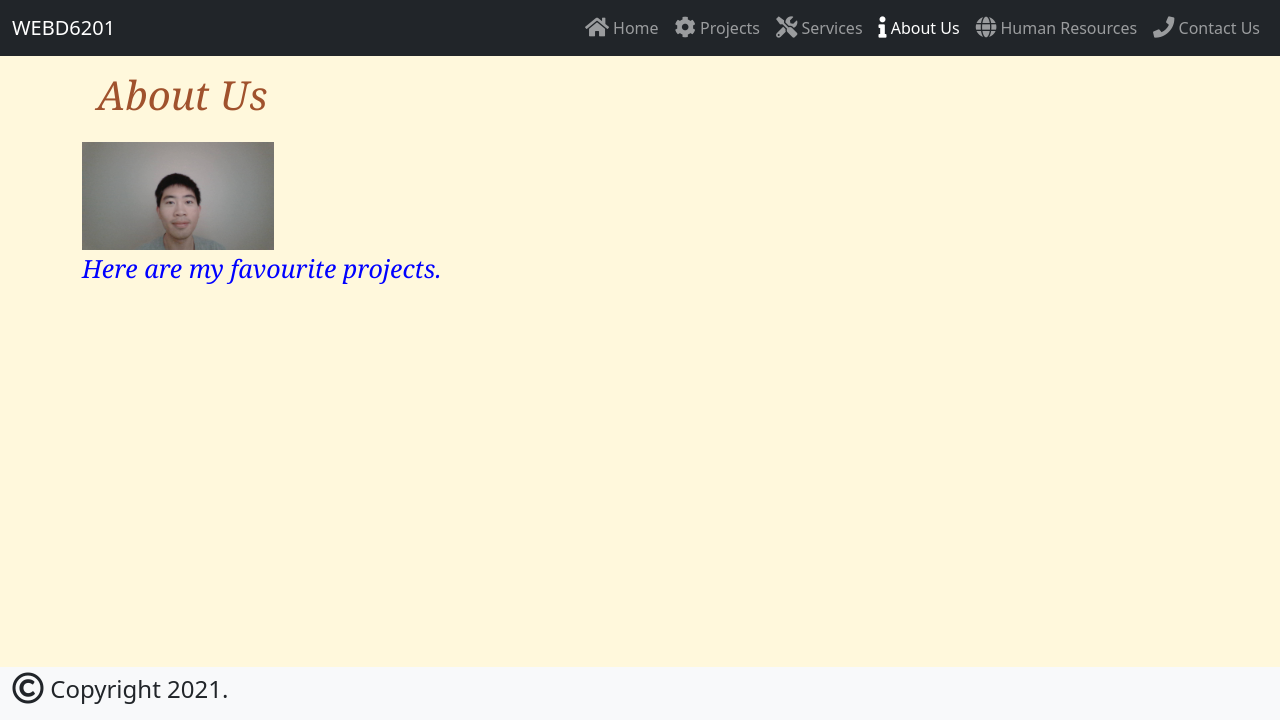
Repository: YiuWingLau/WEBD6201-W2021-Lab1
Page: about.html
These files come from the project's save history. The page is drawn as it stood at one moment and after the next save; the edit follows.
The browser window is 1280 px wide. The pictures show the whole page.

Above is the page before, as saved 2021-02-04 15:26:51.

### about.html
<!DOCTYPE html>
<html lang="en">
<head>
    <meta charset="UTF-8">
    <meta name="viewport" content="width=device-width, initial-scale=1.0">
    <title>About</title>

    <!--CSS Section -->
    <link rel="stylesheet" href="./node_modules/bootstrap/dist/css/bootstrap.min.css">
    <link rel="stylesheet" href="./node_modules/@fortawesome//fontawesome-free/css/all.min.css">
    <link rel="stylesheet" href="./Content/app.css">
</head>
<body>
    <!-- Main Header-->
    <header>
      <!-- Main Navigation-->
      <nav class="navbar navbar-expand-lg navbar-dark bg-dark">
          <div class="container-fluid">
            <a class="navbar-brand" href="index.html">WEBD6201</a>
            <button class="navbar-toggler" type="button" data-bs-toggle="collapse" data-bs-target="#navbarSupportedContent" aria-controls="navbarSupportedContent" aria-expanded="false" aria-label="Toggle navigation">
              <span class="navbar-toggler-icon"></span>
            </button>
            <div class="nav justify-content-end" id="navbarSupportedContent">
              <ul class="navbar-nav me-auto mb-2 mb-lg-0">

                <li id="navBarIndex" class="nav-item">
                  <a class="nav-link" aria-current="page" href="index.html"><i class="fas fa-home fa-lg"></i> Home</a>
                </li>

                <li id="navBarProjects" class="nav-item">
                  <a class="nav-link" aria-current="page" href="products.html"><i class="fas fa-cog fa-lg"></i> Products</a>
                </li>

                <li id="navBarServices" class="nav-item">
                  <a class="nav-link" aria-current="page" href="services.html"><i class="fas fa-tools fa-lg"></i> Services</a>
                </li>

                <li id="navBarAboutUs" class="nav-item">
                  <a class="nav-link active" aria-current="page" href="about.html"><i class="fas fa-info fa-lg"></i> About Us</a>
                </li>

                <li id="navBarContactUs" class="nav-item">
                  <a class="nav-link" aria-current="page" href="contact.html"><i class="fas fa-phone fa-lg"></i> Contact Us</a>
                </li>

              </ul>
            </div>
          </div>
      </nav>
    </header>

    <!-- Main Content -->
    <main class="container">
        <h1>About Us</h1>
    </main>

    <!-- Main Footer -->
    <footer>
        <nav class="navbar fixed-bottom navbar-light bg-light">
            <div class="container-fluid">
              <h4><i class="far fa-copyright fa-lg"></i> Copyright 2021.</a></h4>
            </div>
        </nav>
    </footer>
    <!-- JavaScript Section -->
    <script src="./node_modules/jquery/dist/jquery.min.js"></script>
    <script src="./node_modules/bootstrap/dist/js/bootstrap.bundle.min.js"></script>
    <script src="./Scripts/app.js"></script>
</body>
</html>

### Content/app.css
h1 {
    padding: 15px;
    color: sienna;
    font-family: Cambria, Cochin, Georgia, Times, 'Times New Roman', serif;
    font-style: italic;
}

p {
    color: blue;
    font-family:Cambria, Cochin, Georgia, Times, 'Times New Roman', serif;
    font-style: italic;
    font-size: 25px;
    text-align: justify;
}

body {
    background-color: cornsilk;
}

#homePicture {
    width: 1000px;
    height: 600px;
}

### Scripts/app.js
/* custom JavaScript goes here */

//IIFE - Immediately Invoked Function Expression
//AKA - Anonymous Self-Executing Function
//Closure - limits scope leak

"use strict";

(function()
{
    function displayHome()
    {
        let myhomebackground = document.createElement("img");
        myhomebackground.setAttribute("id", "homePicture");
        myhomebackground.setAttribute("src", "./images/homepagebackground.jpg");
        myhomebackground.setAttribute("alt", "Computer Programmer");

        // Step 1. document.createElement
        let newParagraph = document.createElement("p");
        // Step 2. configure the element
        newParagraph.setAttribute("id", "paragraphTwo");
        newParagraph.textContent = "I'm welcome everyone to visit my site";
        // Step 3. select the parent element
        let mainContent = document.getElementsByTagName("main")[0];
        mainContent.appendChild(myhomebackground);
        // Step 4. Add / Insert the element
        mainContent.appendChild(newParagraph);
        //newParagraph.className = "fs-6";
    }

    function displayAbout()
    {
        //create new element Human Resources
        let myPicture = document.createElement("img");
        myPicture.setAttribute("id", "myImage");
        myPicture.setAttribute("src", "./images/img_me.jpg");
        myPicture.setAttribute("alt", "Nelson Lau");
        myPicture.setAttribute("width", "192");
        myPicture.setAttribute("height", "108");

        // Step 1. document.createElement
        let ParagraphOne = document.createElement("p");
        // Step 2. configure the element
        ParagraphOne.setAttribute("id", "myIntroduction");
        ParagraphOne.textContent = "Here are my favourite projects.";
        // Step 3. select the parent element
        let mainContent = document.getElementsByTagName("main")[0];
        mainContent.appendChild(myPicture);
        // Step 4. Add / Insert the element
        mainContent.appendChild(ParagraphOne);
        ParagraphOne.className = "fs-lg";

    }

    function displayProjects()
    {
        // Step 1. document.createElement
        let newParagraph = document.createElement("p");
        // Step 2. configure the element
        newParagraph.setAttribute("id", "myprojects");
        newParagraph.textContent = "Here are my famourite projects.";
        // Step 3. select the parent element
        let mainContent = document.getElementsByTagName("main")[0];
        // Step 4. Add / Insert the element
        mainContent.appendChild(newParagraph);
        newParagraph.className = "fs-12";
    }

    function displayHumanResources()
    {

    }

    function displayServices()
    {

        // another way of injecting content
        let paragraphDiv = document.createElement("div");
        let paragraphThree = `<p id="paragraphThree" class="fs-7 fw-bold">And this is the Third Paragraph</p>`;
        paragraphDiv.innerHTML = paragraphThree;

        // insertions

        // example of inserting before a node
        // newParagraph.before(paragraphDiv);

        // example of inserting after a node
        newParagraph.after(paragraphDiv);

        // deletions

        // example of removing a single element
        //paragraphOneElement.remove();

        // example of removeChild
       // mainContent.removeChild(paragraphOneElement);
        // update / modification
        //mainContent.firstElementChild.textContent = "Welcome Home!";
    }

    function displayContact()
    {
        let messageArea = document.getElementById("messageArea");
        messageArea.hidden = true;

        // form validation
        let fullName = document.getElementById("fullName");
        fullName.addEventListener("blur", function() {
            if(fullName.value.length < 2)
            {
                fullName.focus();
                fullName.select();
                messageArea.hidden = false;
                messageArea.className = "alert alert-danger";
                messageArea.textContent = "Please enter an appropriate Name";
            }
            else
            {
                messageArea.removeAttribute("class");
                messageArea.hidden = true;
            }
        });

        let sendButton = document.getElementById("sendButton");
        sendButton.addEventListener("click", function(event){
            //event.preventDefault();

            let contact = new Contact(fullName.value, contactNumber.value, emailAddress.value);

            if(contact.serialize())
            {
              localStorage.setItem((localStorage.length + 1).toString(), contact.serialize());
            }

        });
    }

    function displayContactList()
    {
      if (localStorage.length > 0)
      {
        let contactList = document.getElementById("contactList");

        let data = "";

        for (let index = 0; index < localStorage.length; index++)
        {
          let contactData = localStorage.getItem((index + 1).toString());

          let contact = new Contact();
          contact.deserialize(contactData);

          data += `<tr>
          <th scope="row">${index + 1}</th>
          <td>${contact.FullName}</td>
          <td>${contact.ContactNumber}</td>
          <td>${contact.EmailAddress}</td>
        </tr>`;
        }

        contactList.innerHTML = data;
      }
    }

    // function to correct the wrong link and text content in navigation bar
    function changeNavBarName()
    {
        let navName = document.getElementById("navBarProjects");
        navName.innerHTML = `<a class='nav-link' aria-current='page' href='projects.html'><i class="fas fa-cog fa-lg"></i> Projects</a>`;
    }

    // function to add Human Resource element to Nav Bar between About Us and Contact Us
    function addNewNavBarElement()
    {
        //create new element Human Resources
        let newListElement = document.createElement("li");
        newListElement.setAttribute("id", "navBarHumanResources");
        newListElement.setAttribute("class", "nav-item");
        newListElement.innerHTML = `<a class='nav-link' aria-current='page' href='Human-Resources.html'><i class="fas fa-globe fa-lg"></i> Human Resources</a>`;
        // append new element after About Us
        let aboutUsListElement = document.getElementById("navBarAboutUs");
        aboutUsListElement.after(newListElement);
    }

    function Start()
    {
        console.log("App Started...");

        changeNavBarName();

        addNewNavBarElement();

        switch (document.title)
        {
          case "Home":
              displayHome();
            break;
          case "About":
              displayAbout();
            break;
          case "Projects":
              displayProjects();
            break;
          case "Human Resources":
              displayHumanResources();
            break;
          case "Services":
              displayServices();
            break;
          case "Contact":
              displayContact();
            break;
          case "Contact-List":
            displayContactList();
          break;
        }

    }

    window.addEventListener("load", Start);

})();

Loaded but not shown: node_modules/bootstrap/dist/css/bootstrap.min.css (library); node_modules/@fortawesome/fontawesome-free/css/all.min.css (library); node_modules/jquery/dist/jquery.min.js (library); node_modules/bootstrap/dist/js/bootstrap.bundle.min.js (library)

After the next save:
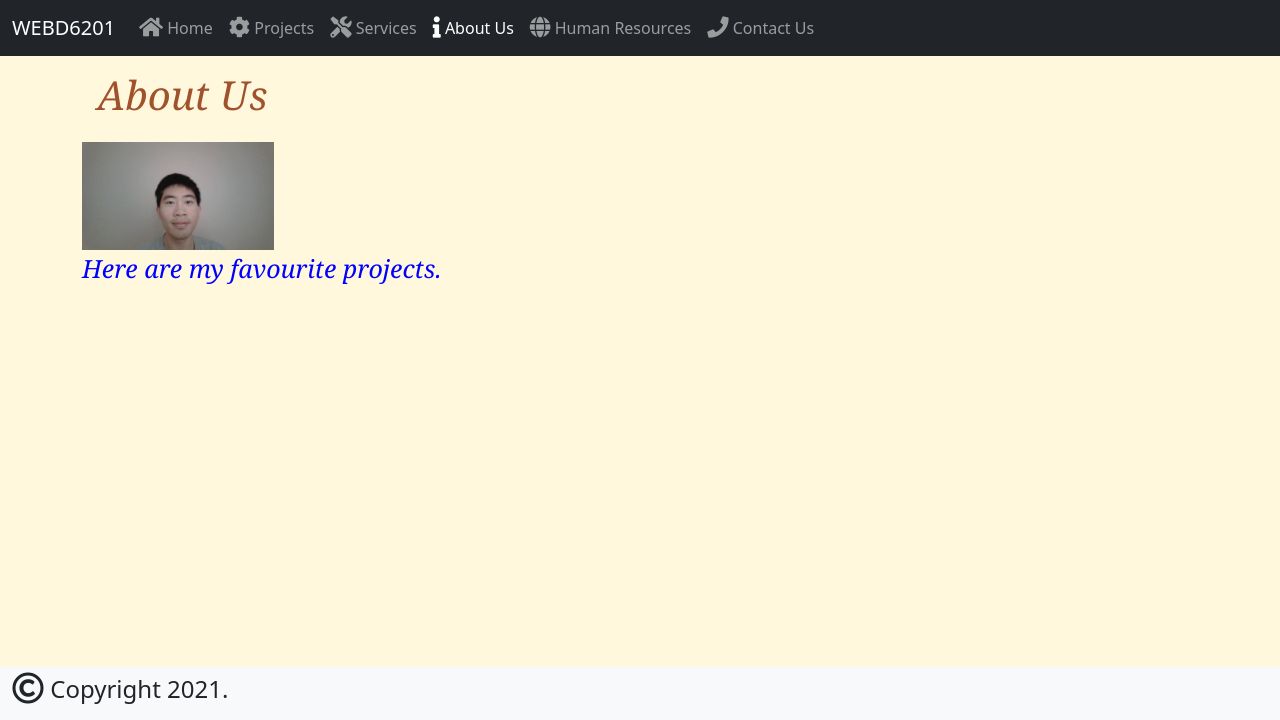
Saved 114 s later.
--- a/about.html
+++ b/about.html
@@ -20,7 +20,7 @@
             <button class="navbar-toggler" type="button" data-bs-toggle="collapse" data-bs-target="#navbarSupportedContent" aria-controls="navbarSupportedContent" aria-expanded="false" aria-label="Toggle navigation">
               <span class="navbar-toggler-icon"></span>
             </button>
-            <div class="nav justify-content-end" id="navbarSupportedContent">
+            <div class="collapse navbar-collapse nav justify-content-end" id="navbarSupportedContent">
               <ul class="navbar-nav me-auto mb-2 mb-lg-0">
 
                 <li id="navBarIndex" class="nav-item">
